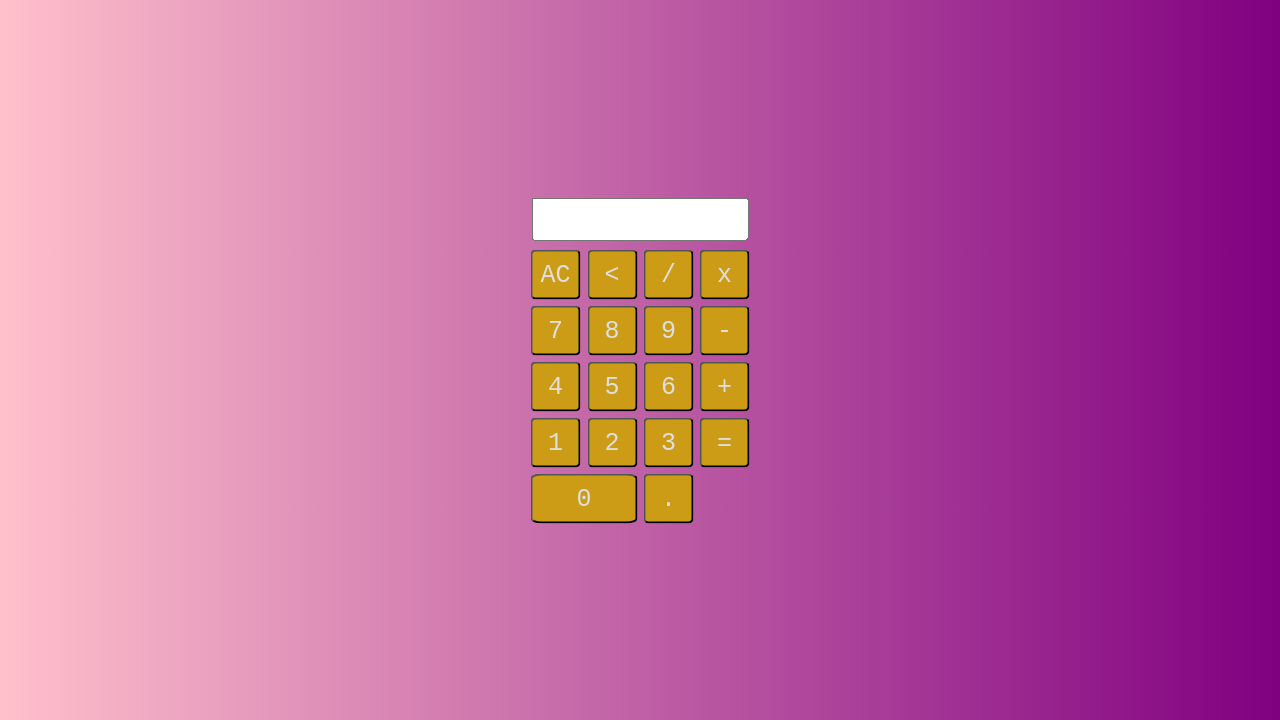
Repository: lacey-crenshaw/calculator
Page: index.html
An editor plug-in stored every save of this project. The page is shown before and after the next save, followed by the edit.
The browser window is 1280 px wide. The pictures show the whole page.
Some web fonts or font styles are not loaded; a fallback is used.

Above is the page before, as saved 2020-02-14 10:16:57.

After the next save:
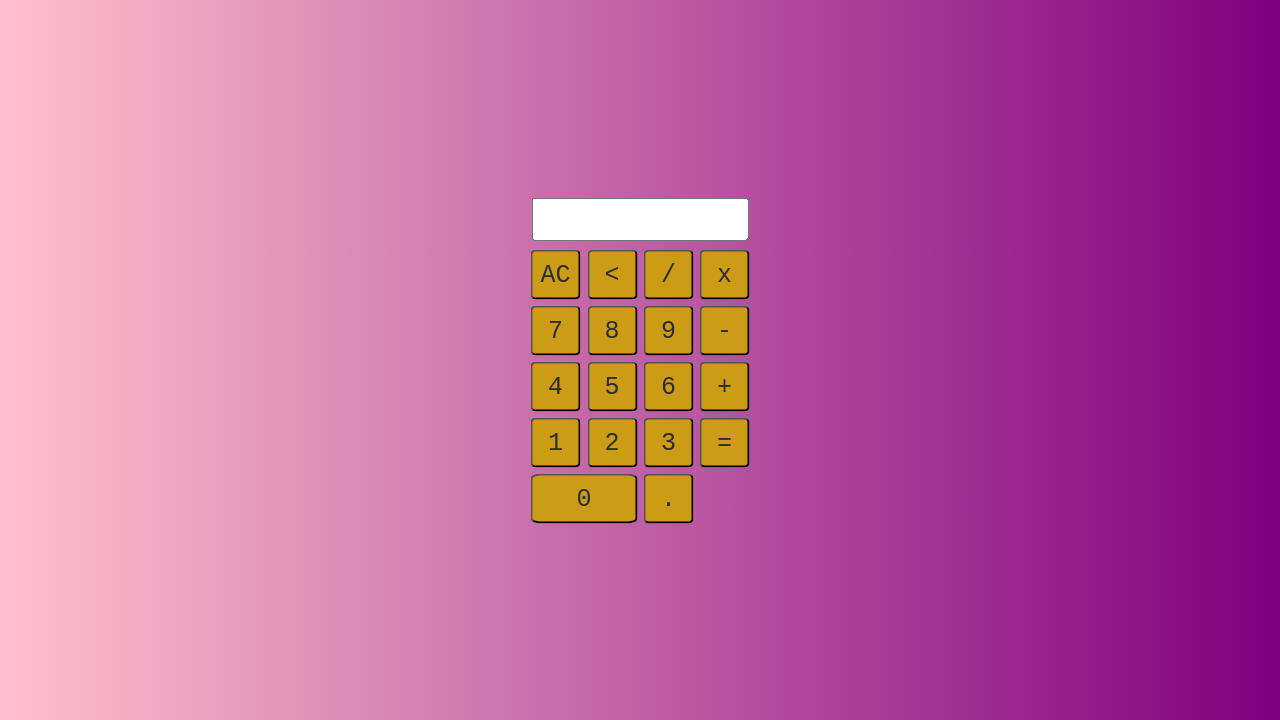
Saved 41 s later.
--- a/style.css
+++ b/style.css
@@ -10,7 +10,7 @@
     margin: 2;
     cursor: pointer;
     background:  #cc9c17;
-    color: #dfdfe0;
+    color: #2b2d36;
     font-family: 'Cutive Mono', monospace;
     border-radius: 10%;
 
